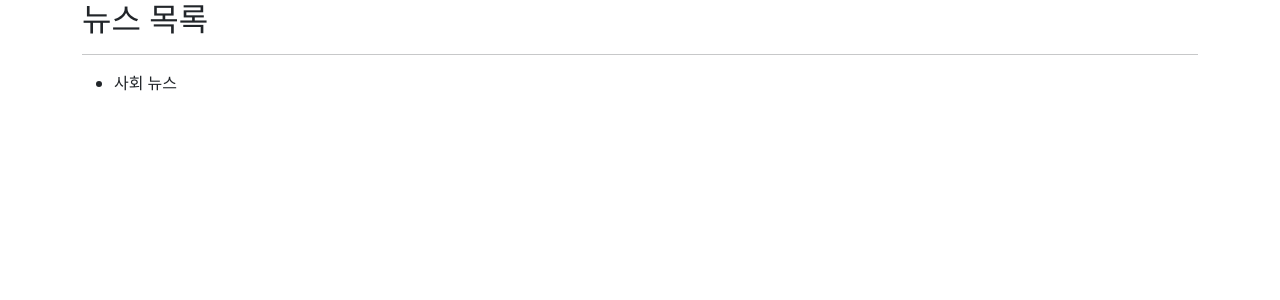
Repository: kiyongee2/kh-jsp
Page: http://localhost/jwbook/news/newsList.jsp
The author's editor kept a copy of each file at every save. The page is drawn from the files as they stood at one save, then again after the next save.
The browser window is 1280 px wide. The pictures show the whole page.
The page is served by Tomcat 9. Other server files are loaded and not shown.

Above is the page before, as saved 2023-11-19 07:37:29.

### jwbook/src/main/webapp/news/newsList.jsp
<%@ page language="java" contentType="text/html; charset=UTF-8"
    pageEncoding="UTF-8"%>
<%@ taglib uri="http://java.sun.com/jsp/jstl/core" prefix="c" %>
<!DOCTYPE html>
<html>
<head>
<meta charset="UTF-8">
<meta name="viewport" content="width=device-width, initial-scale=1.0">
<title>뉴스 관리 앱</title>
<link rel="stylesheet" href="../resources/css/bootstrap.css">
</head>
<body>
	<div class="container" w-75 mt-5>
		<h2>뉴스 목록</h2>
		<hr>
		<ul>
			<li>사회 뉴스</li>
		</ul>
	</div>
</body>
</html>

Loaded but not shown: jwbook/src/main/webapp/resources/css/bootstrap.css (library)

After the next save:
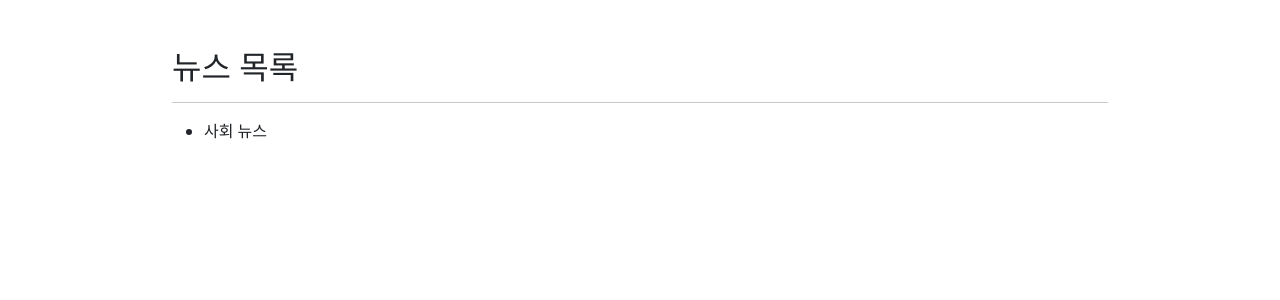
Saved 104 s later.
--- a/jwbook/src/main/webapp/news/newsList.jsp
+++ b/jwbook/src/main/webapp/news/newsList.jsp
@@ -10,7 +10,7 @@
 <link rel="stylesheet" href="../resources/css/bootstrap.css">
 </head>
 <body>
-	<div class="container" w-75 mt-5>
+	<div class="container w-75 mt-5">
 		<h2>뉴스 목록</h2>
 		<hr>
 		<ul>
